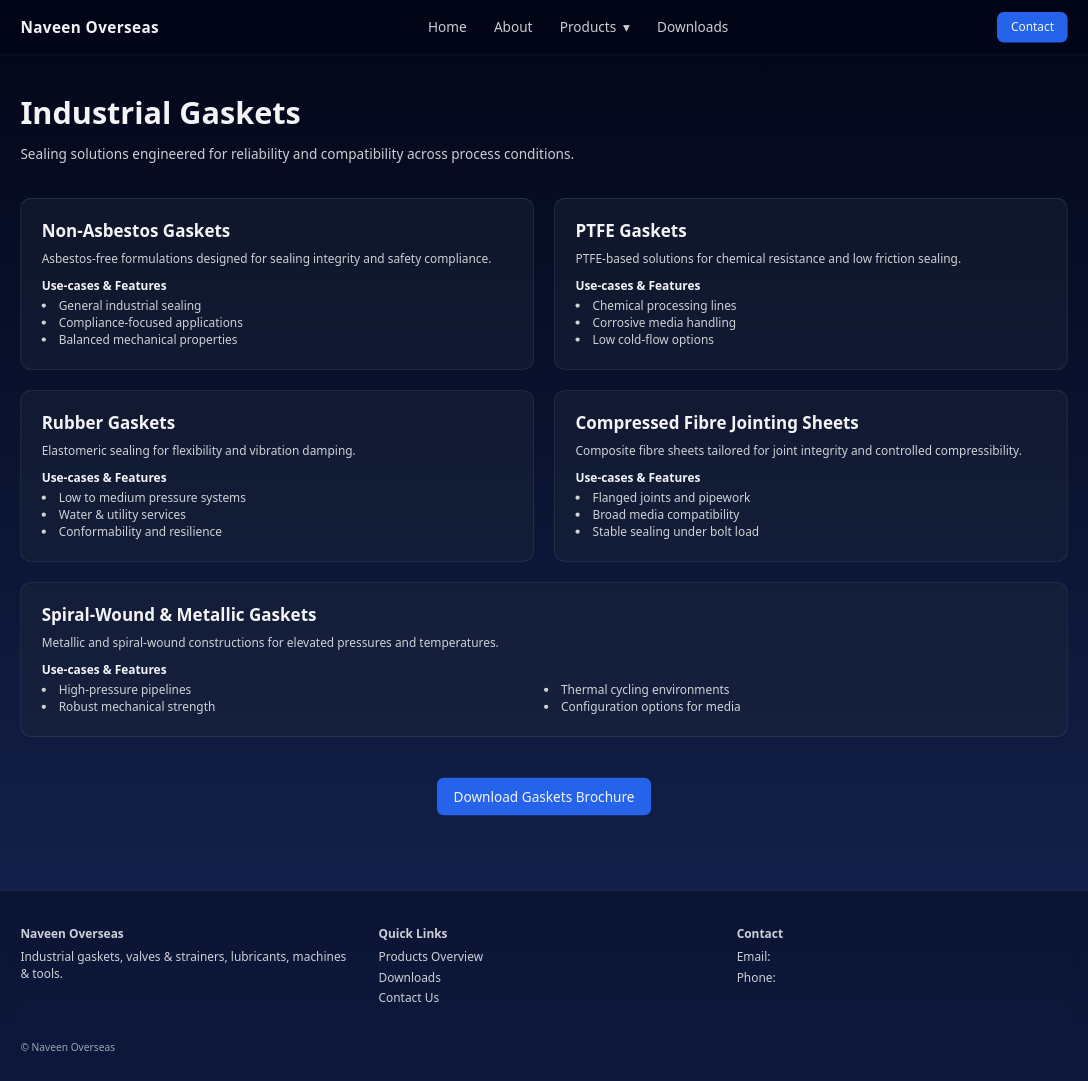
Repository: krish634-ai/overs
Page: /gaskets
These files come from the project's save history. The page is drawn as it stood at one moment and after the next save; the edit follows.
The browser window is 1280 px wide. The pictures show the whole page, at 85% of full size.
The project was rebuilt for these pictures with package versions that can differ from the ones it lists, and the page was loaded fresh each time. Also part of the build but not shown: vite.config.js, src/pages/Home.jsx, src/pages/About.jsx, src/pages/Products.jsx, src/pages/Valves.jsx, src/pages/Lubricants.jsx, src/pages/MachinesTools.jsx, src/pages/Contact.jsx and 1 more.

Above is the page before, as saved 2025-11-19 14:15:43.

### index.html
<!doctype html>
<html lang="en">
  <head>
    <meta charset="UTF-8" />
    <meta name="viewport" content="width=device-width, initial-scale=1.0" />
    <title>Naveen Overseas</title>
  </head>
  <body>
    <div id="root"></div>
    <script type="module" src="/src/main.jsx"></script>
  </body>
</html>

### src/main.jsx
import React from 'react'
import ReactDOM from 'react-dom/client'
import { BrowserRouter } from 'react-router-dom'
import App from './App.jsx'
import './styles.css'

ReactDOM.createRoot(document.getElementById('root')).render(
  <React.StrictMode>
    <BrowserRouter>
      <App />
    </BrowserRouter>
  </React.StrictMode>
)

### src/App.jsx
import { Routes, Route } from 'react-router-dom'
import Layout from './components/Layout.jsx'
import Home from './pages/Home.jsx'
import About from './pages/About.jsx'
import Products from './pages/Products.jsx'
import Gaskets from './pages/Gaskets.jsx'
import Valves from './pages/Valves.jsx'
import Lubricants from './pages/Lubricants.jsx'
import MachinesTools from './pages/MachinesTools.jsx'
import Contact from './pages/Contact.jsx'
import Downloads from './pages/Downloads.jsx'

export default function App() {
  return (
    <Layout>
      <Routes>
        <Route path="/" element={<Home />} />
        <Route path="/about" element={<About />} />
        <Route path="/products" element={<Products />} />
        <Route path="/gaskets" element={<Gaskets />} />
        <Route path="/valves" element={<Valves />} />
        <Route path="/lubricants" element={<Lubricants />} />
        <Route path="/machines-tools" element={<MachinesTools />} />
        <Route path="/contact" element={<Contact />} />
        <Route path="/downloads" element={<Downloads />} />
      </Routes>
    </Layout>
  )
}

### src/styles.css
@tailwind base;
@tailwind components;
@tailwind utilities;

html, body, #root {
  height: 100%;
}

### src/components/Layout.jsx
import Nav from './Nav.jsx'
import Footer from './Footer.jsx'

export default function Layout({ children }) {
  return (
    <div className="min-h-screen flex flex-col bg-gradient-to-b from-slate-950 to-blue-950 text-gray-100">
      <header className="sticky top-0 z-40 border-b border-slate-800/60 bg-slate-950/60 backdrop-blur">
        <Nav />
      </header>
      <main className="flex-1">{children}</main>
      <Footer />
    </div>
  )
}

### src/pages/Gaskets.jsx
export default function Gaskets() {
  return (
    <main className="container mx-auto px-6 py-12">
      <h1 className="text-3xl md:text-4xl font-bold">Industrial Gaskets</h1>
      <p className="mt-4 text-white/80">Sealing solutions engineered for reliability and compatibility across process conditions.</p>
      <section className="mt-10">
        <div className="grid md:grid-cols-2 gap-6">
          <div className="rounded-xl border border-slate-700/60 bg-slate-800/40 p-6">
            <h2 className="text-xl font-semibold">Non-Asbestos Gaskets</h2>
            <p className="mt-2 text-white/80 text-sm">Asbestos-free formulations designed for sealing integrity and safety compliance.</p>
            <h3 className="mt-3 font-semibold text-sm">Use-cases &amp; Features</h3>
            <ul className="mt-1 list-disc list-inside text-sm text-white/80">
              <li>General industrial sealing</li>
              <li>Compliance-focused applications</li>
              <li>Balanced mechanical properties</li>
            </ul>
          </div>
          <div className="rounded-xl border border-slate-700/60 bg-slate-800/40 p-6">
            <h2 className="text-xl font-semibold">PTFE Gaskets</h2>
            <p className="mt-2 text-white/80 text-sm">PTFE-based solutions for chemical resistance and low friction sealing.</p>
            <h3 className="mt-3 font-semibold text-sm">Use-cases &amp; Features</h3>
            <ul className="mt-1 list-disc list-inside text-sm text-white/80">
              <li>Chemical processing lines</li>
              <li>Corrosive media handling</li>
              <li>Low cold-flow options</li>
            </ul>
          </div>
          <div className="rounded-xl border border-slate-700/60 bg-slate-800/40 p-6">
            <h2 className="text-xl font-semibold">Rubber Gaskets</h2>
            <p className="mt-2 text-white/80 text-sm">Elastomeric sealing for flexibility and vibration damping.</p>
            <h3 className="mt-3 font-semibold text-sm">Use-cases &amp; Features</h3>
            <ul className="mt-1 list-disc list-inside text-sm text-white/80">
              <li>Low to medium pressure systems</li>
              <li>Water &amp; utility services</li>
              <li>Conformability and resilience</li>
            </ul>
          </div>
          <div className="rounded-xl border border-slate-700/60 bg-slate-800/40 p-6">
            <h2 className="text-xl font-semibold">Compressed Fibre Jointing Sheets</h2>
            <p className="mt-2 text-white/80 text-sm">Composite fibre sheets tailored for joint integrity and controlled compressibility.</p>
            <h3 className="mt-3 font-semibold text-sm">Use-cases &amp; Features</h3>
            <ul className="mt-1 list-disc list-inside text-sm text-white/80">
              <li>Flanged joints and pipework</li>
              <li>Broad media compatibility</li>
              <li>Stable sealing under bolt load</li>
            </ul>
          </div>
          <div className="rounded-xl border border-slate-700/60 bg-slate-800/40 p-6 md:col-span-2">
            <h2 className="text-xl font-semibold">Spiral-Wound &amp; Metallic Gaskets</h2>
            <p className="mt-2 text-white/80 text-sm">Metallic and spiral-wound constructions for elevated pressures and temperatures.</p>
            <h3 className="mt-3 font-semibold text-sm">Use-cases &amp; Features</h3>
            <ul className="mt-1 list-disc list-inside text-sm text-white/80 grid md:grid-cols-2">
              <li>High-pressure pipelines</li>
              <li>Thermal cycling environments</li>
              <li>Robust mechanical strength</li>
              <li>Configuration options for media</li>
            </ul>
          </div>
        </div>
      </section>
      <section className="mt-12 text-center">
        <a href="/downloads" className="inline-flex items-center rounded-lg bg-blue-600 px-5 py-2.5 font-medium hover:bg-blue-500">Download Gaskets Brochure</a>
      </section>
    </main>
  )
}

### src/components/Nav.jsx
import { useState } from 'react'
import { NavLink, Link } from 'react-router-dom'

export default function Nav() {
  const [openProducts, setOpenProducts] = useState(false)
  const [mobileOpen, setMobileOpen] = useState(false)

  const linkClass = ({ isActive }) =>
    `transition-colors hover:text-white ${isActive ? 'text-white' : 'text-white/80'}`

  return (
    <div className="container mx-auto px-6">
      <div className="flex h-16 items-center justify-between">
        <NavLink to="/" className="text-lg font-semibold tracking-wide">Naveen Overseas</NavLink>
        <div className="hidden md:flex items-center gap-8">
          <NavLink to="/" className={linkClass}>Home</NavLink>
          <NavLink to="/about" className={linkClass}>About</NavLink>
          <div className="relative">
            <button className="text-white/80 hover:text-white transition-colors inline-flex items-center gap-2" onClick={() => setOpenProducts(v => !v)}>
              Products
              <span className={`transition-transform ${openProducts ? 'rotate-180' : 'rotate-0'}`}>▾</span>
            </button>
            {openProducts && (
              <div className="absolute left-0 mt-3 w-[560px] rounded-xl bg-slate-900/90 backdrop-blur ring-1 ring-white/10 shadow-soft p-6 grid grid-cols-2 gap-4">
                <Link to="/products" className="col-span-2 rounded-lg bg-slate-800/40 ring-1 ring-white/10 px-4 py-3 hover:bg-slate-800/60">Overview</Link>
                <Link to="/gaskets" className="rounded-lg bg-slate-800/40 ring-1 ring-white/10 px-4 py-3 hover:bg-slate-800/60">Gaskets</Link>
                <Link to="/valves" className="rounded-lg bg-slate-800/40 ring-1 ring-white/10 px-4 py-3 hover:bg-slate-800/60">Valves &amp; Strainers</Link>
                <Link to="/lubricants" className="rounded-lg bg-slate-800/40 ring-1 ring-white/10 px-4 py-3 hover:bg-slate-800/60">Lubricants</Link>
                <Link to="/machines-tools" className="rounded-lg bg-slate-800/40 ring-1 ring-white/10 px-4 py-3 hover:bg-slate-800/60">Machines &amp; Tools</Link>
              </div>
            )}
          </div>
          <NavLink to="/downloads" className={linkClass}>Downloads</NavLink>
        </div>
        <div className="hidden md:flex items-center gap-3">
          <NavLink to="/contact" className="inline-flex items-center rounded-lg bg-brand px-4 py-2 text-sm font-medium hover:bg-brand-dark">Contact</NavLink>
        </div>
        <button className="md:hidden inline-flex items-center rounded-lg bg-slate-800 px-3 py-2" onClick={() => setMobileOpen(true)}>Menu</button>
      </div>

      {mobileOpen && (
        <div className="fixed inset-0 z-50 bg-slate-950/80 backdrop-blur">
          <div className="absolute inset-x-0 top-0 bg-slate-900/90 p-6 border-b border-white/10">
            <div className="flex items-center justify-between">
              <Link to="/" className="text-lg font-semibold">Naveen Overseas</Link>
              <button className="inline-flex items-center rounded-lg bg-slate-800 px-3 py-2" onClick={() => setMobileOpen(false)}>Close</button>
            </div>
            <div className="mt-6 grid gap-3 text-sm">
              <NavLink to="/" className="rounded-lg bg-slate-800/40 px-4 py-3" onClick={() => setMobileOpen(false)}>Home</NavLink>
              <NavLink to="/about" className="rounded-lg bg-slate-800/40 px-4 py-3" onClick={() => setMobileOpen(false)}>About</NavLink>
              <NavLink to="/products" className="rounded-lg bg-slate-800/40 px-4 py-3" onClick={() => setMobileOpen(false)}>Products Overview</NavLink>
              <NavLink to="/gaskets" className="rounded-lg bg-slate-800/40 px-4 py-3" onClick={() => setMobileOpen(false)}>Gaskets</NavLink>
              <NavLink to="/valves" className="rounded-lg bg-slate-800/40 px-4 py-3" onClick={() => setMobileOpen(false)}>Valves &amp; Strainers</NavLink>
              <NavLink to="/lubricants" className="rounded-lg bg-slate-800/40 px-4 py-3" onClick={() => setMobileOpen(false)}>Lubricants</NavLink>
              <NavLink to="/machines-tools" className="rounded-lg bg-slate-800/40 px-4 py-3" onClick={() => setMobileOpen(false)}>Machines &amp; Tools</NavLink>
              <NavLink to="/downloads" className="rounded-lg bg-slate-800/40 px-4 py-3" onClick={() => setMobileOpen(false)}>Downloads</NavLink>
              <NavLink to="/contact" className="rounded-lg bg-brand px-4 py-3 text-center" onClick={() => setMobileOpen(false)}>Contact</NavLink>
            </div>
          </div>
        </div>
      )}
    </div>
  )
}

### src/components/Footer.jsx
export default function Footer() {
  return (
    <footer className="mt-10 border-t border-white/10 bg-slate-950/40 backdrop-blur">
      <div className="container mx-auto px-6 py-10 grid md:grid-cols-3 gap-8 text-sm text-white/80">
        <div>
          <div className="font-semibold">Naveen Overseas</div>
          <p className="mt-2">Industrial gaskets, valves &amp; strainers, lubricants, machines &amp; tools.</p>
        </div>
        <div>
          <div className="font-semibold">Quick Links</div>
          <ul className="mt-2 space-y-1">
            <li><a href="/products" className="hover:text-white/90">Products Overview</a></li>
            <li><a href="/downloads" className="hover:text-white/90">Downloads</a></li>
            <li><a href="/contact" className="hover:text-white/90">Contact Us</a></li>
          </ul>
        </div>
        <div>
          <div className="font-semibold">Contact</div>
          <ul className="mt-2 space-y-1">
            <li>Email: </li>
            <li>Phone: </li>
          </ul>
        </div>
      </div>
      <div className="container mx-auto px-6 pb-8 text-xs text-white/60">&copy; Naveen Overseas</div>
    </footer>
  )
}

### tailwind.config.js
export default {
  content: [
    './index.html',
    './src/**/*.{js,jsx,ts,tsx}',
  ],
  theme: {
    extend: {
      colors: {
        brand: {
          DEFAULT: '#2563eb',
          dark: '#1e40af',
        },
      },
      boxShadow: {
        soft: '0 10px 30px -10px rgba(2, 6, 23, 0.6)',
      },
    },
  },
  plugins: [],
}

After the next save:
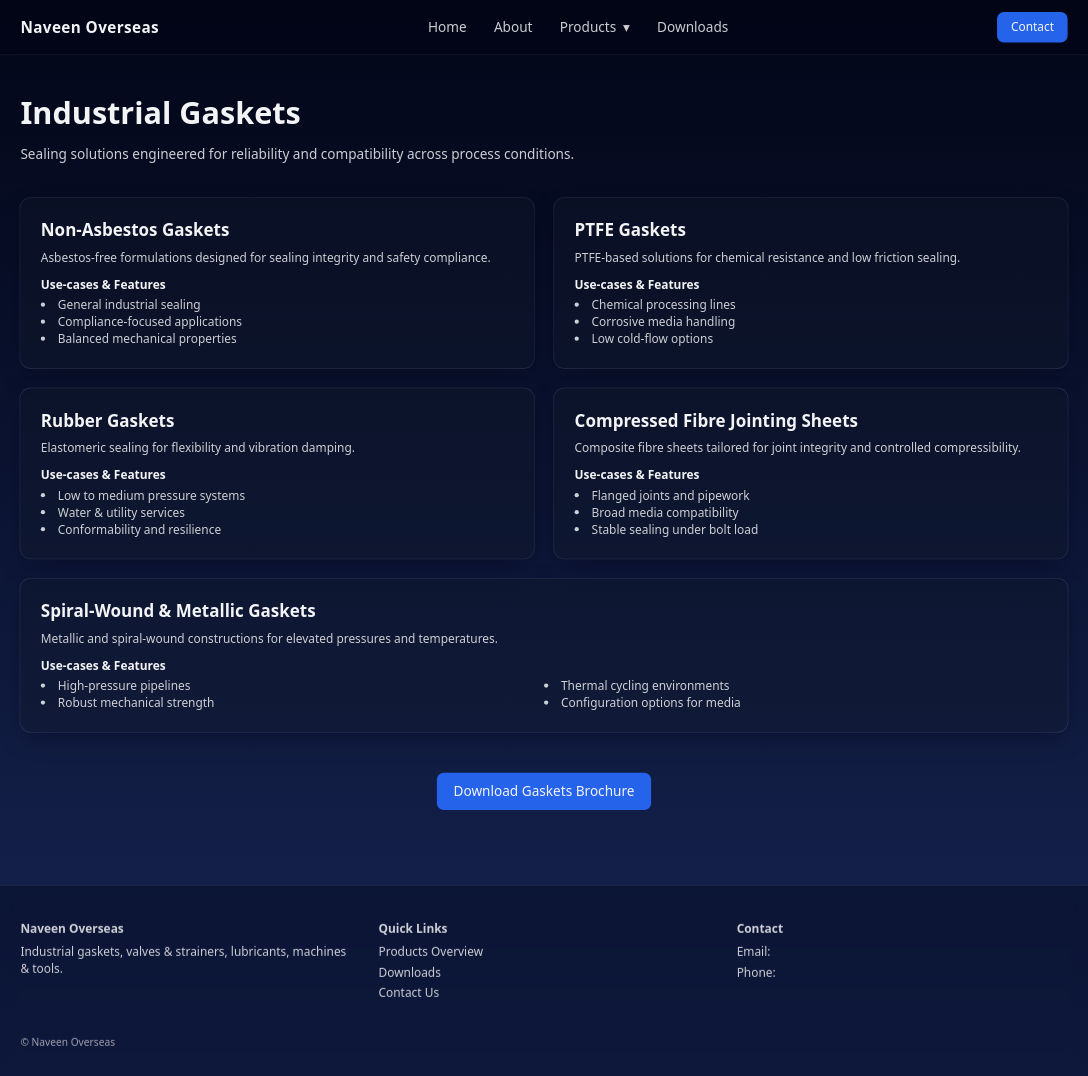
Saved 2 s later.
--- a/src/pages/Gaskets.jsx
+++ b/src/pages/Gaskets.jsx
@@ -5,7 +5,7 @@ export default function Gaskets() {
       <p className="mt-4 text-white/80">Sealing solutions engineered for reliability and compatibility across process conditions.</p>
       <section className="mt-10">
         <div className="grid md:grid-cols-2 gap-6">
-          <div className="rounded-xl border border-slate-700/60 bg-slate-800/40 p-6">
+          <div className="rounded-xl bg-slate-900/40 ring-1 ring-white/10 p-6 shadow-soft">
             <h2 className="text-xl font-semibold">Non-Asbestos Gaskets</h2>
             <p className="mt-2 text-white/80 text-sm">Asbestos-free formulations designed for sealing integrity and safety compliance.</p>
             <h3 className="mt-3 font-semibold text-sm">Use-cases &amp; Features</h3>
@@ -15,7 +15,7 @@ export default function Gaskets() {
               <li>Balanced mechanical properties</li>
             </ul>
           </div>
-          <div className="rounded-xl border border-slate-700/60 bg-slate-800/40 p-6">
+          <div className="rounded-xl bg-slate-900/40 ring-1 ring-white/10 p-6 shadow-soft">
             <h2 className="text-xl font-semibold">PTFE Gaskets</h2>
             <p className="mt-2 text-white/80 text-sm">PTFE-based solutions for chemical resistance and low friction sealing.</p>
             <h3 className="mt-3 font-semibold text-sm">Use-cases &amp; Features</h3>
@@ -25,7 +25,7 @@ export default function Gaskets() {
               <li>Low cold-flow options</li>
             </ul>
           </div>
-          <div className="rounded-xl border border-slate-700/60 bg-slate-800/40 p-6">
+          <div className="rounded-xl bg-slate-900/40 ring-1 ring-white/10 p-6 shadow-soft">
             <h2 className="text-xl font-semibold">Rubber Gaskets</h2>
             <p className="mt-2 text-white/80 text-sm">Elastomeric sealing for flexibility and vibration damping.</p>
             <h3 className="mt-3 font-semibold text-sm">Use-cases &amp; Features</h3>
@@ -35,7 +35,7 @@ export default function Gaskets() {
               <li>Conformability and resilience</li>
             </ul>
           </div>
-          <div className="rounded-xl border border-slate-700/60 bg-slate-800/40 p-6">
+          <div className="rounded-xl bg-slate-900/40 ring-1 ring-white/10 p-6 shadow-soft">
             <h2 className="text-xl font-semibold">Compressed Fibre Jointing Sheets</h2>
             <p className="mt-2 text-white/80 text-sm">Composite fibre sheets tailored for joint integrity and controlled compressibility.</p>
             <h3 className="mt-3 font-semibold text-sm">Use-cases &amp; Features</h3>
@@ -45,7 +45,7 @@ export default function Gaskets() {
               <li>Stable sealing under bolt load</li>
             </ul>
           </div>
-          <div className="rounded-xl border border-slate-700/60 bg-slate-800/40 p-6 md:col-span-2">
+          <div className="rounded-xl bg-slate-900/40 ring-1 ring-white/10 p-6 md:col-span-2 shadow-soft">
             <h2 className="text-xl font-semibold">Spiral-Wound &amp; Metallic Gaskets</h2>
             <p className="mt-2 text-white/80 text-sm">Metallic and spiral-wound constructions for elevated pressures and temperatures.</p>
             <h3 className="mt-3 font-semibold text-sm">Use-cases &amp; Features</h3>
